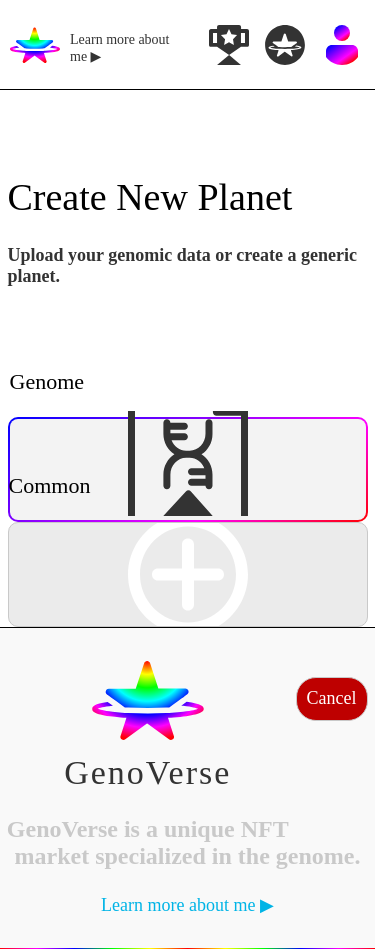
Repository: superHotBob/bioart
Page: /createnewplanet/createnewplanet_01
These files come from the project's save history. The page is drawn as it stood at one moment and after the next save; the edit follows.
The browser window is 375 px wide. The pictures show the whole page.
Some web fonts or font styles are not loaded; a fallback is used. The project was rebuilt for these pictures with package versions that can differ from the ones it lists, and the page was loaded fresh each time. Some packages were replaced by stand-ins written for this rebuild. The framework's server and built-in components were replaced by stand-ins that run in the browser. Also part of the build but not shown: next.config.js.

Above is the page before, as saved 2022-04-06 12:21:52.

After the next save:
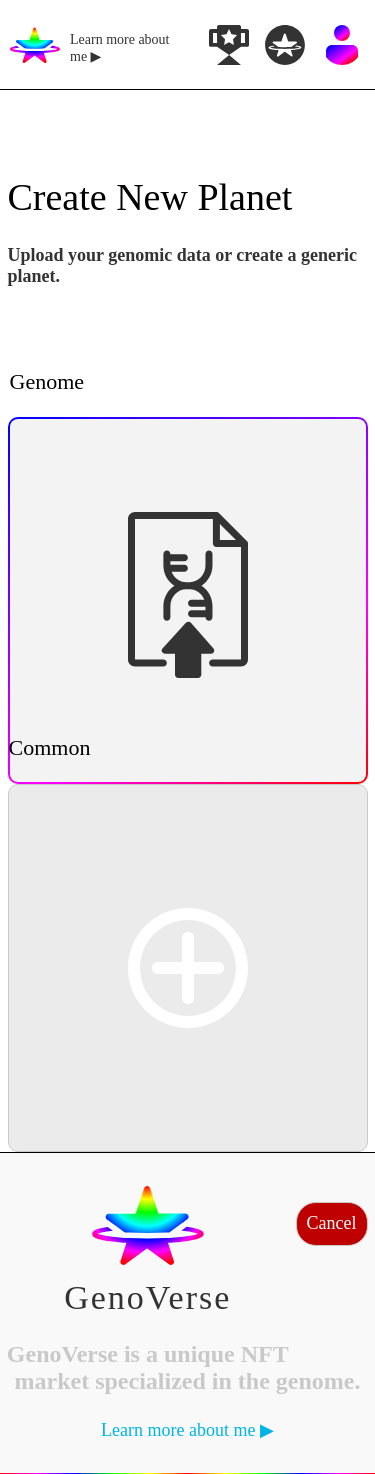
Saved 47 s later.
--- a/pages/createnewplanet/createnewplanet_01.js
+++ b/pages/createnewplanet/createnewplanet_01.js
@@ -111,8 +111,9 @@ export default function CreateNewPlanetOne() {
           .twoBloks {
             flex-direction: column;
           }
-          .genome, .common {
+          .genome, .common, .genome div {
             width: 100%;
+            height: 98vw;
           }
         }
       `}</style>
